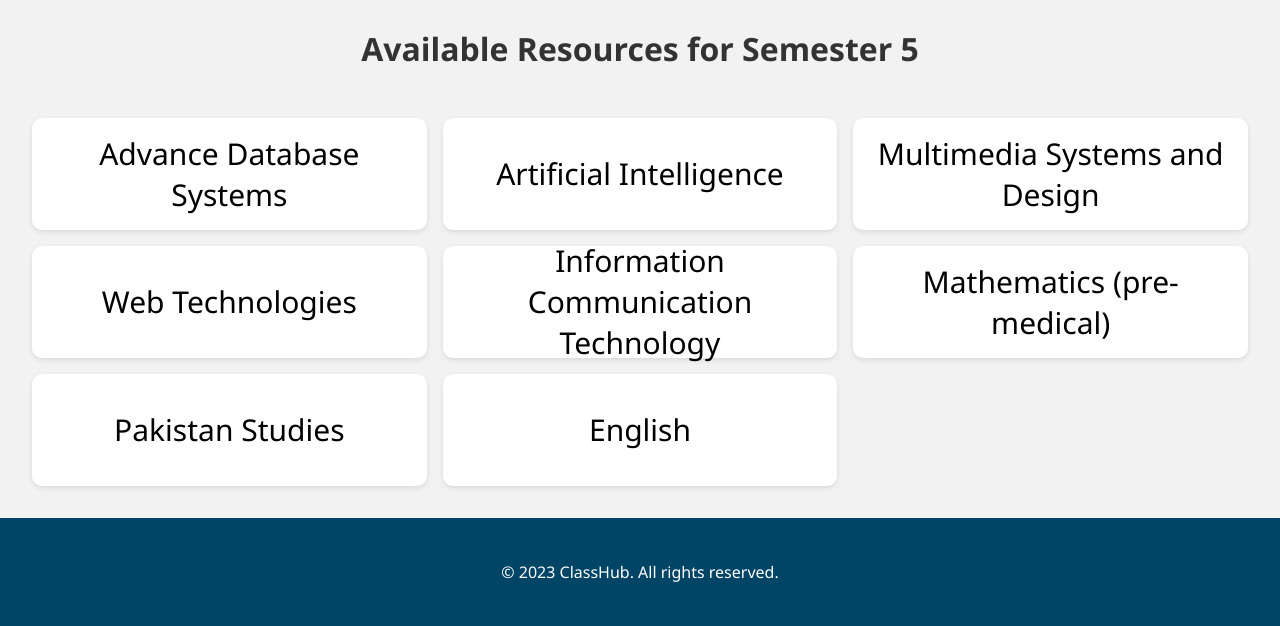
Repository: MariamSawera/eduNova
Page: semester5.html
An editor plug-in stored every save of this project. The page is shown before and after the next save, followed by the edit.
The browser window is 1280 px wide. The pictures show the part of the page from y = 294 to 920 px (the page is 920 px tall before and 792 px after).

Above is the page before, as saved 2025-07-21 22:05:37.

### semester5.html
<html>
<head>
    <title>Semester 1</title>
    <meta charset="UTF-8">
    <meta name="viewport" content="width=device-width, initial-scale=1.0">
    <link rel="stylesheet" href="styles.css">
    <script src="script.js"></script>
</head>
<body>
    <nav>
        <div class="logo">ClassHub</div>
        <ul>
        <li><a href="index.html">Home</a></li>
        <li><a href="index.html#semester">Semesters</a></li>
        <li><a href="subjects.html">Subjects</a></li>
        <li><a href="books.html">Books</a></li>
        <li><a href="resources.html">Resources</a></li>
        <li><a href="assignments.html">Assignments</a></li>
        <li><a href="events.html">Events</a></li>
        <li><a href="contact.html">Contact</a></li>
        <li><a href="login.html">Login</a></li>
        </ul>
    </nav>

    <!-- Hero Section -->
    <div class="hero">
        <h1>Welcome to Semester 5 Resources!</h1>
    </div>

    <!-- Resources Section -->
    <h2 class="heading">Available Resources for Semester 5</h2>
    <div class="resources quick-links"   >
        <div class="link-card" style="color: black;"><a href="https://drive.google.com/drive/folders/1An9BtT1dgh_OvhMz3aDZpKx0CPygDVPz?usp=drive_link" target="_blank">Advance Database Systems</a></div>
        <div class="link-card" style="color: black;"><a href="https://drive.google.com/drive/folders/1AggskBCaZuymhyBMAwAGlKgRuCqBP3Yc?usp=drive_link" target="_blank">Artificial Intelligence</a></div>
        <div class="link-card" style="color: black;"><a href="https://drive.google.com/drive/folders/1AbxK2KBt404NbSdpdH9hBsv_XhX8zZp7?usp=drive_link" target="_blank">Multimedia Systems and Design</a></div>
        <div class="link-card" style="color: black;"><a href="https://drive.google.com/drive/folders/1AYWRmKLPFjD_Na0DPrZKF3v2QMUn5IYi?usp=drive_link" target="_blank">Web Technologies</a></div>
        <div class="link-card" style="color: black;"><a href="https://drive.google.com/drive/folders/10KPI5x9fh2YeOktNCOFIZnkyhQiEcjKa?usp=drive_link" target="_blank">Information Communication Technology</a></div>
        <div class="link-card" style="color: black;"><a href="https://drive.google.com/drive/folders/10l_7g8jQ9fqraMbjIqZynxW4N8hcbFr2?usp=drive_link" target="_blank">Mathematics (pre-medical)</a></div>
        <div class="link-card" style="color: black;"><a href="https://drive.google.com/drive/folders/1013mME8j22eaJip78wbZ1QB-dDGhfw2A?usp=drive_link" target="_blank">Pakistan Studies</a></div>
        <div class="link-card" style="color: black;"><a href="https://drive.google.com/drive/folders/10gWOP3mKbQupVoY0L6sB0ZBs8oteaTOw?usp=drive_link"target="_blank">English</a></div>
    </div>





    </div>

    <!-- Footer -->
    <footer class="footer">
        <p>&copy; 2023 ClassHub. All rights reserved.</p>
    </footer>

</body>
</html>

### styles.css
    html {
      scroll-behavior: smooth;
    }

    body {
      margin: 0;
      font-family: 'Segoe UI', sans-serif;
      background: #f2f2f2;
        /* background-color: #B3DDF0; */

    }

    nav {
      background-color: #004466;
      color: white;
      padding: 1rem;
      display: flex;
      justify-content: space-between;
      align-items: center;
    }

    nav .logo {
      font-size: 1.5rem;
      font-weight: bold;
    }

    a {
        text-decoration: none;
        color: inherit;
    }

    nav ul {
      list-style: none;
      display: flex;
      gap: 1rem;
    }

    nav ul li {
      display: inline;
    }

    nav ul li a {
      color: white;
      text-decoration: none;
    }


    .hero {
      /* background: linear-gradient(to right, #00aaff, #00ffcc); */
      background-image: url('./images/okokook.jpg');
      background-position: center;
      color: white;
      padding: 2rem;
      text-align: center;
      height: 20vh;
    }


    .hero input {
      padding: 0.5rem;
      border: none;
      border-radius: 5px;
      margin-top: 1rem;
      width: 200px;
    }

    .dashboard {
      display: grid;
      grid-template-columns: 1fr 1fr 1fr;
      gap: 1rem;
      padding: 2rem;
    }

    .card {
      background: white;
      padding: 1rem;
      border-radius: 10px;
      box-shadow: 0 2px 5px rgba(0,0,0,0.1);
    }

    .quick-links {
      padding: 2rem;
      display: grid;
      grid-template-columns: repeat(3, minmax(150px, 1fr));
      gap: 1rem;
    }

    .link-card{
      display: flex;
      justify-content: center;
      align-items: center;
      font-size: 30px;
      color: white;


    }

    .quick-links .link-card {
      background: white;
      text-align: center;
      padding: 1rem;
      border-radius: 10px;
      box-shadow: 0 2px 5px rgba(0,0,0,0.1);
      height: 80px;
    }

    .footer{
      background-color: #004466;
      display: flex;
      justify-content: center;
      align-items: center;
      color: white;
      height: 15vh;
    }

    .heading{
      color: #333;
      margin-bottom: 1rem;
      text-align: center;
      font-size: 2rem;
    }

### script.js
function updateName() {
      const name = document.getElementById('nameInput').value;
      const welcome = document.getElementById('welcome');
      if(name.trim()) {
        welcome.textContent = `Hello, ${name}! 👋`;
      } else {
        welcome.textContent = `Hello, Guest 👋`;
      }
    }

After the next save:
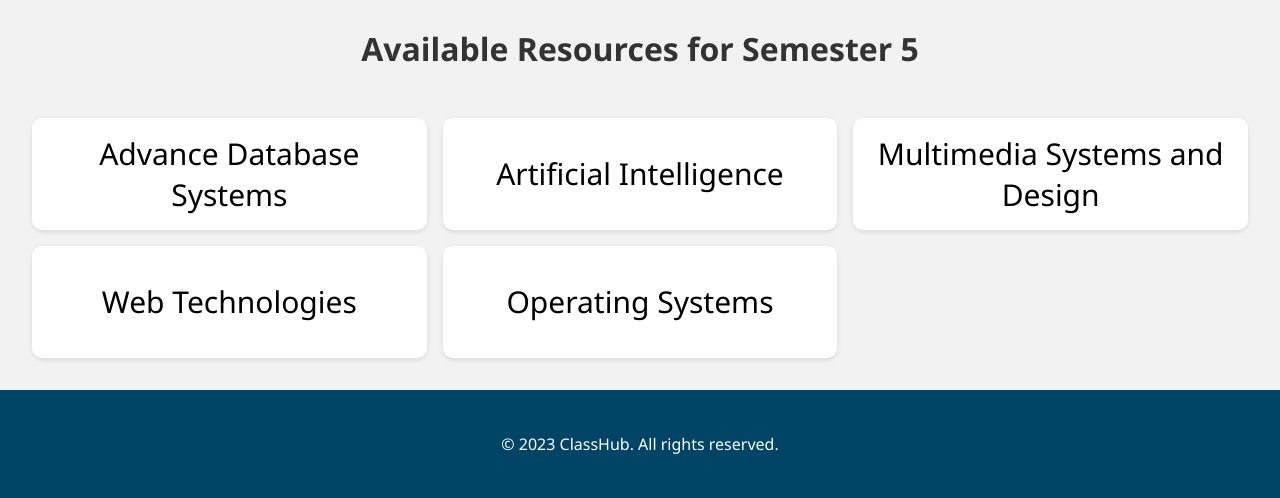
Saved 37 s later.
--- a/semester5.html
+++ b/semester5.html
@@ -34,10 +34,7 @@
         <div class="link-card" style="color: black;"><a href="https://drive.google.com/drive/folders/1AggskBCaZuymhyBMAwAGlKgRuCqBP3Yc?usp=drive_link" target="_blank">Artificial Intelligence</a></div>
         <div class="link-card" style="color: black;"><a href="https://drive.google.com/drive/folders/1AbxK2KBt404NbSdpdH9hBsv_XhX8zZp7?usp=drive_link" target="_blank">Multimedia Systems and Design</a></div>
         <div class="link-card" style="color: black;"><a href="https://drive.google.com/drive/folders/1AYWRmKLPFjD_Na0DPrZKF3v2QMUn5IYi?usp=drive_link" target="_blank">Web Technologies</a></div>
-        <div class="link-card" style="color: black;"><a href="https://drive.google.com/drive/folders/10KPI5x9fh2YeOktNCOFIZnkyhQiEcjKa?usp=drive_link" target="_blank">Information Communication Technology</a></div>
-        <div class="link-card" style="color: black;"><a href="https://drive.google.com/drive/folders/10l_7g8jQ9fqraMbjIqZynxW4N8hcbFr2?usp=drive_link" target="_blank">Mathematics (pre-medical)</a></div>
-        <div class="link-card" style="color: black;"><a href="https://drive.google.com/drive/folders/1013mME8j22eaJip78wbZ1QB-dDGhfw2A?usp=drive_link" target="_blank">Pakistan Studies</a></div>
-        <div class="link-card" style="color: black;"><a href="https://drive.google.com/drive/folders/10gWOP3mKbQupVoY0L6sB0ZBs8oteaTOw?usp=drive_link"target="_blank">English</a></div>
+        <div class="link-card" style="color: black;"><a href="https://drive.google.com/drive/folders/1A_s9BIe8ssjzQMprttB-6fUe-M4EZrDA?usp=drive_link" target="_blank">Operating Systems</a></div>
     </div>
 
 
